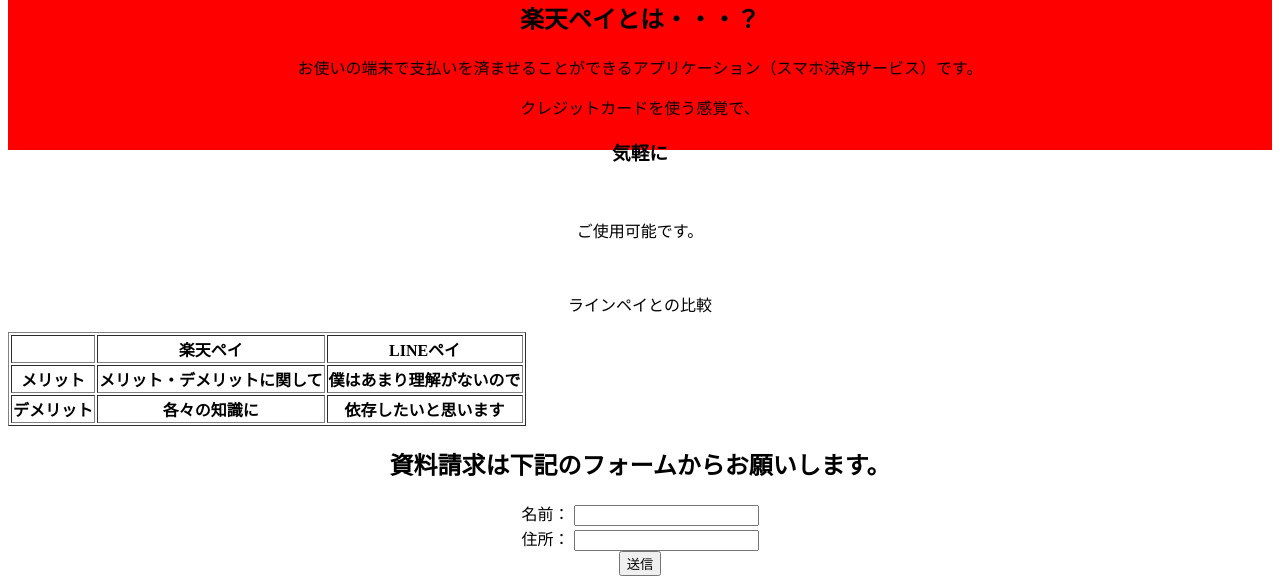
Repository: TatsuyaNakahara/Monomeets-
Page: html/RakutenPay2.html
The author's editor kept a record of every edit. The page is drawn from the files as they stood at one moment, then again after the next edit.
The browser window is 1280 px wide. The pictures show the part of the page from y = 395 to 971 px (the page is 971 px tall).
A picture or video elsewhere on the page could not be fetched, so the positions and the page height are approximate.

Above is the page before.

### html/RakutenPay2.html
<!DOCTYPE html>
<html lang="ja">
    <head>
        <meta charset="UTF-8">
        <title>楽天ペイ</title>
        <link rel="stylesheet" href="css3.css">
    </head>
    <body>
        <header>
            <h1>楽天ペイへの登録</h1>
        </header>
        <div id="main visual">
            <img src="RakutenPay.jpg">
        </div>
        <div id="wrapper">
            <div id="main">
                <h2>楽天ペイとは・・・？</h2>
                <p>お使いの端末で支払いを済ませることができるアプリケーション（スマホ決済サービス）です。</p>
                <p>クレジットカードを使う感覚で、</p>
                <h3>気軽に</h3>
                <br>
                <p>ご使用可能です。</p>
                <br>
                <p>ラインペイとの比較</p>
            <table border="1">
                <tr>
                    <th></th><th>楽天ペイ</th><th>LINEペイ</th>
                </tr>
                <tr>
                    <th>メリット</th><th>メリット・デメリットに関して</th><th>僕はあまり理解がないので</th>
                </tr>
                <tr>
                    <th>デメリット</th><th>各々の知識に</th><th>依存したいと思います</th>
                </tr>
            </table>
        </div>
            <h2>資料請求は下記のフォームからお願いします。</h2>
    <footer>
    <form>
    <label for="name">名前：</label>
    <input type="text" id="name">
    <br>
    <label for="address">住所：</label>
    <input type="address" id="address">
    <br>
    <input type="submit" value="送信">
    </form>
    </footer>
    </body>
</html>

### html/css3.css
@charset "UTF-8";

header {
  height: 50px;
  background-color: #ccccff;
  text-align: center;
}

#wrapper {
  height: 150px;
  background-color: red;
  text-align: center;
}

After the next edit:
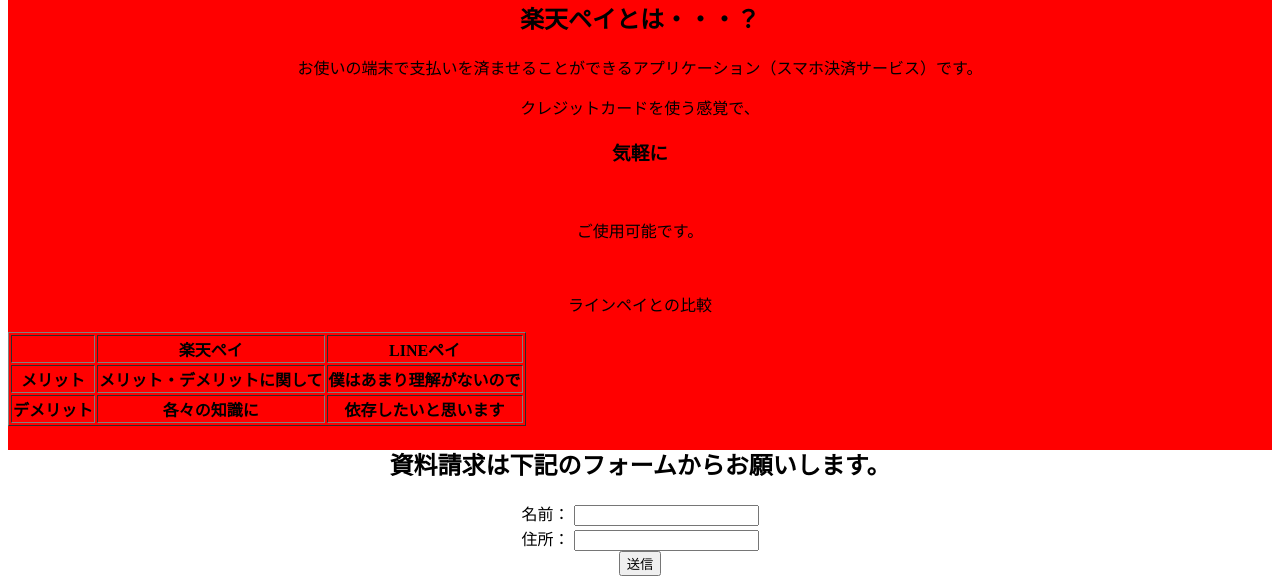
The edit:
--- a/html/css3.css
+++ b/html/css3.css
@@ -7,7 +7,7 @@
 }
 
 #wrapper {
-  height: 150px;
+  height: 450px;
   background-color: red;
   text-align: center;
 }
